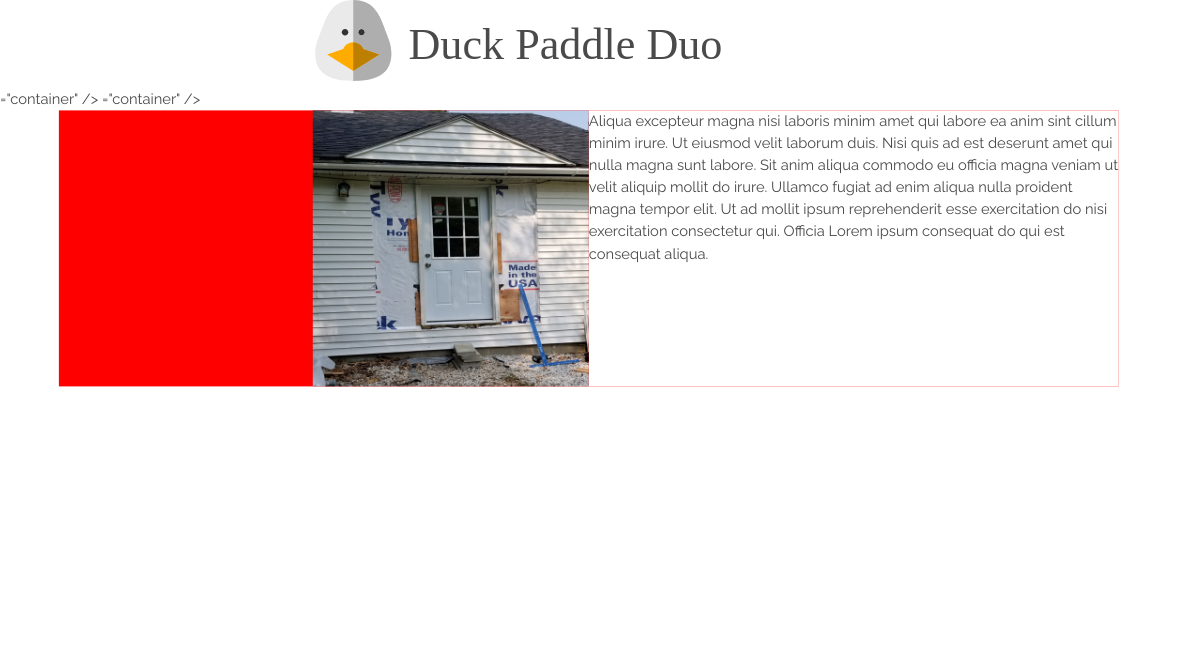
Repository: toddmcbrearty/duckpaddleduo
Page: /
The author's editor kept a copy of each file at every save. The page is drawn from the files as they stood at one save, then again after the next save.
The browser window is 1280 px wide. The pictures show the whole page, at 92% of full size.
Some web fonts or font styles are not loaded; a fallback is used. The project was rebuilt for these pictures with package versions that can differ from the ones it lists, and the page was loaded fresh each time.

Above is the page before, as saved 2018-12-11 14:53:59.

After the next save:
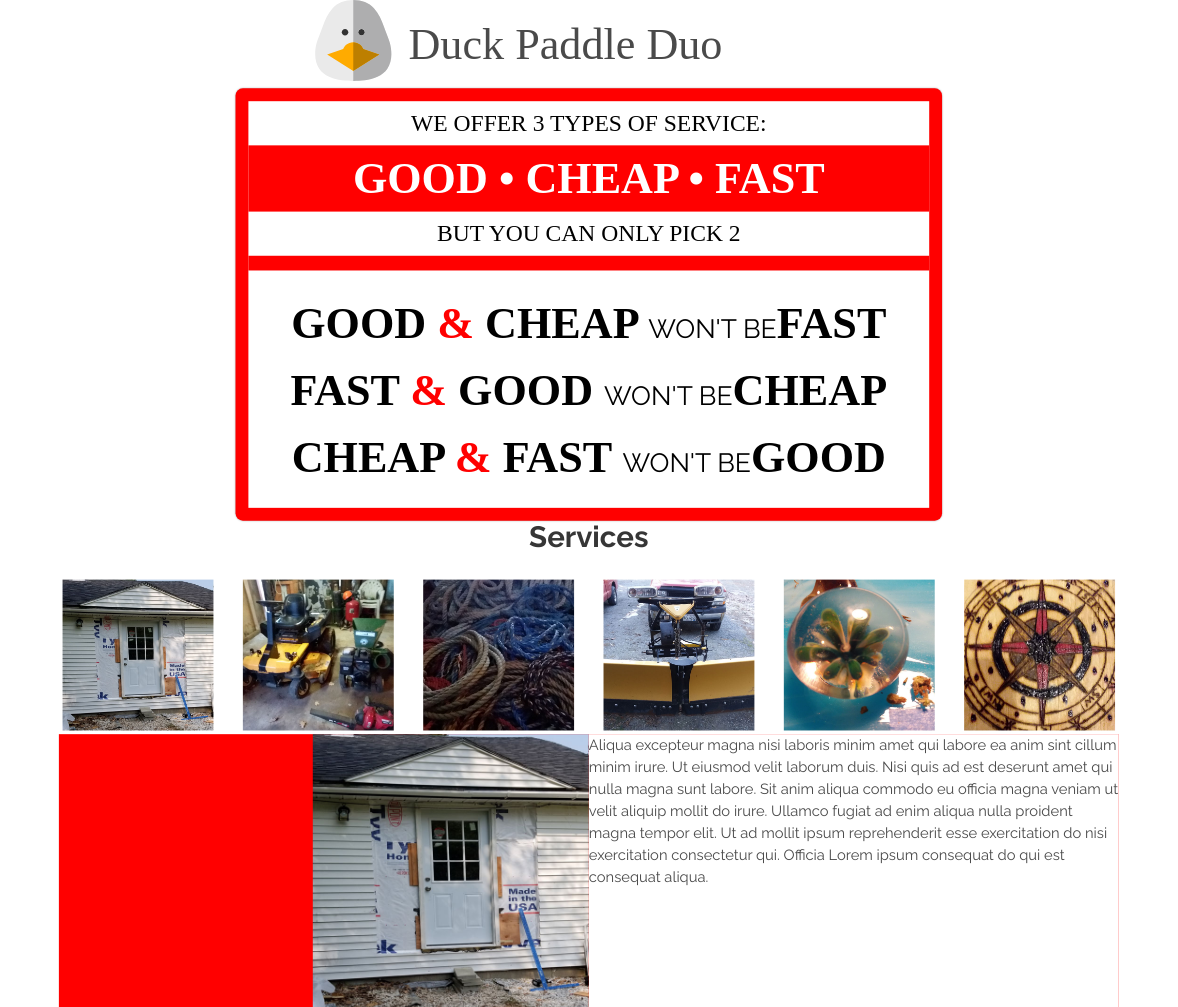
Saved 9 s later.
--- a/src/App.vue
+++ b/src/App.vue
@@ -1,7 +1,8 @@
 <template>
   <div>
-    <logo/><call-boardclass="container" />
-    <servicesclass="container" />
+    <logo/>
+    <call-board class="container"/>
+    <services class="container"/>
     <hero-section class="container" section="construction"/>
   </div>
 </template>
